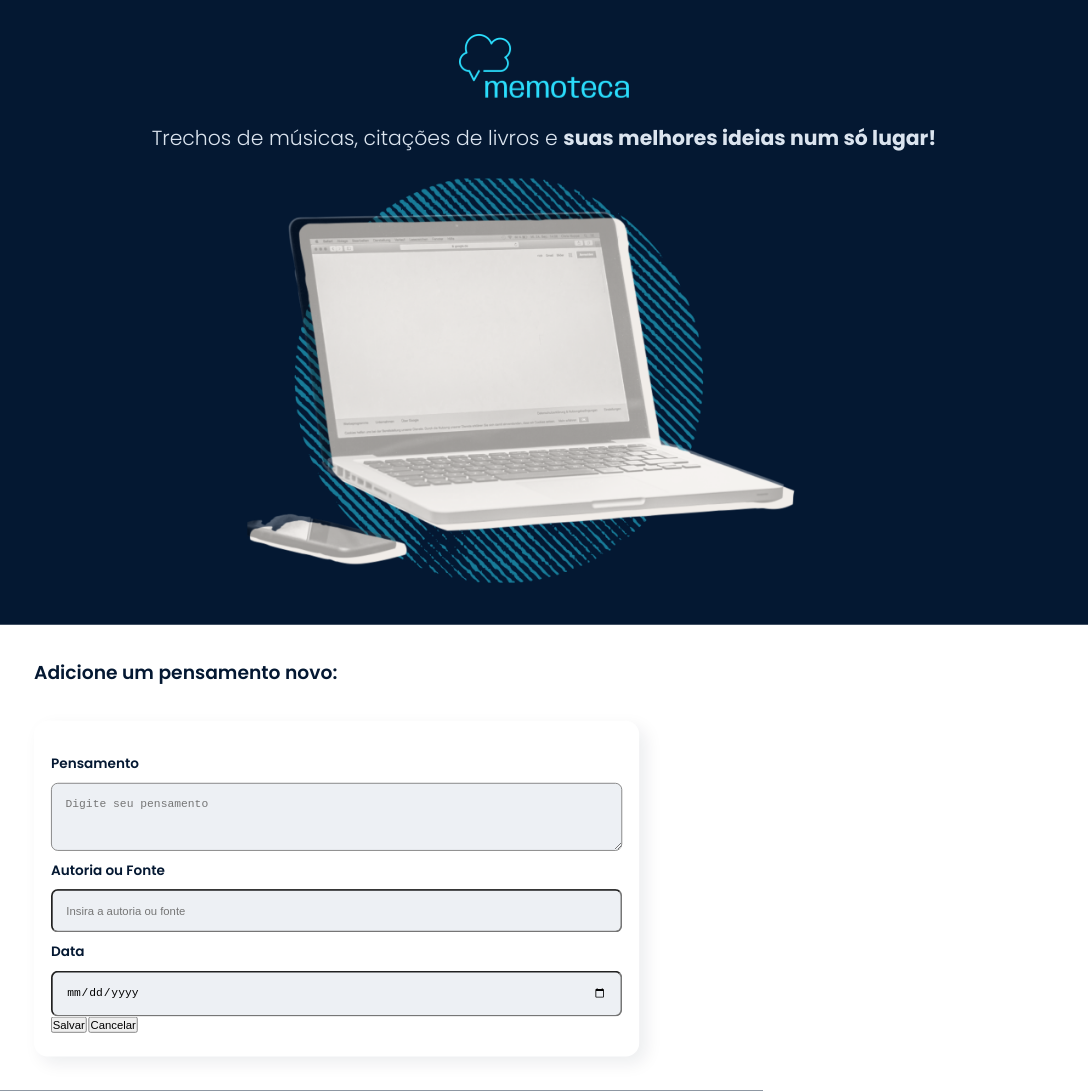
Repository: joaoPraiaJunior/crud_js
Page: index.html
The author's editor kept a copy of each file at every save. The page is drawn from the files as they stood at one save, then again after the next save.
The browser window is 1280 px wide. The pictures show the whole page, at 85% of full size.

Above is the page before, as saved 2024-09-26 22:50:22.

After the next save:
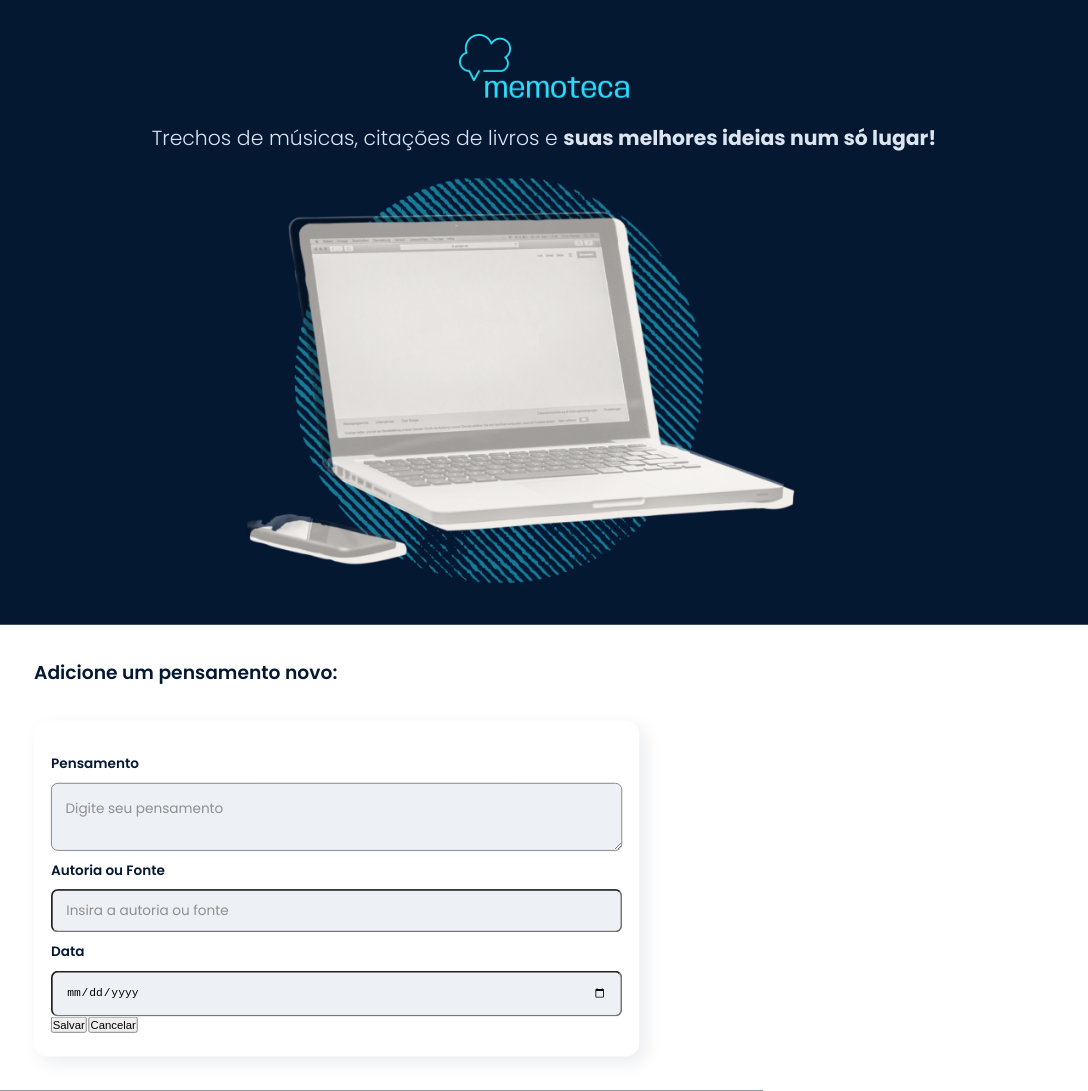
Saved 107 s later.
--- a/css/styles.css
+++ b/css/styles.css
@@ -116,6 +116,16 @@ main {
 	margin: 1rem 0;
 }
 
+#pensamento-conteudo::placeholder,
+#pensamento-autoria::placeholder {
+	color: var(--Cinza-medio, #8f8f8f);
+	font-family: var(--font-primaria);
+	font-size: 1.6rem;
+	font-style: normal;
+	font-weight: 400;
+	line-height: normal;
+}
+
 /* main {
 	padding-top: 12rem;
 	flex: 1;
